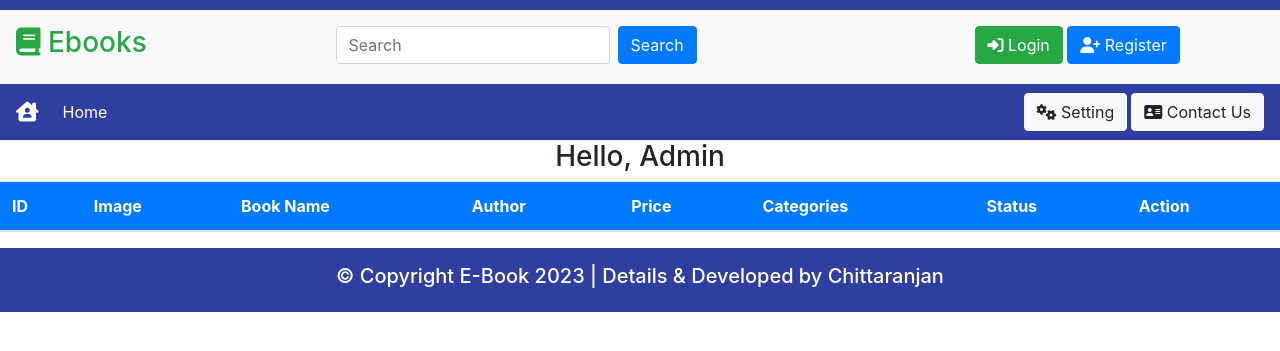
Repository: chittaranjan24/E-Books_Management_System
Page: http://localhost/Ebook-App/admin/all-books.jsp
An editor plug-in stored every save of this project. The page is shown before and after the next save, followed by the edit.
The browser window is 1280 px wide. The pictures show the whole page.
Some web libraries are served in a nearby version. The page is served by Tomcat 9. Other server files are loaded and not shown. Queries for data that is not in the repository find no rows.

Above is the page before, as saved 2023-08-27 22:30:49.

### Ebook-App/src/main/webapp/admin/all-books.jsp
<%@page import="com.entity.BookDtls"%>
<%@page import="java.util.List"%>
<%@page import="com.DB.DBConnect"%>
<%@page import="com.DAO.BookDAOImpl"%>
<%@ page language="java" contentType="text/html; charset=ISO-8859-1"
	pageEncoding="ISO-8859-1"%>

<%@ taglib prefix="c" uri="http://java.sun.com/jsp/jstl/core"%>
<%@page isELIgnored="false"%>

<!DOCTYPE html>
<html>
<head>
<meta charset="ISO-8859-1">
<title>Admin: All Books</title>
<%@include file="allCss.jsp"%>
</head>
<body>
	<%@include file="navbar.jsp"%>
	<h3 class="text-center">Hello, Admin</h3>

	<c:if test="${not empty succMsg }">
		<h5 class="text-center text-success">${succMsg}</h5>
		<c:remove var="succMsg" scope="session" />
	</c:if>

	<c:if test="${not empty failedMsg }">
		<p class="text-center text-danger">${failedMsg}</p>
		<c:remove var="failedMsg" scope="session" />
	</c:if>

	<table class="table table-striped">
		<thead class="bg-primary text-white">
			<tr>
				<th scope="col">ID</th>
				<th scope="col">Image</th>
				<th scope="col">Book Name</th>
				<th scope="col">Author</th>
				<th scope="col">Price</th>
				<th scope="col">Categories</th>
				<th scope="col">Status</th>
				<th scope="col">Action</th>
			</tr>
		</thead>
		<tbody>

			<%
			BookDAOImpl dao = new BookDAOImpl(DBConnect.getConn());
			List<BookDtls> list = dao.getAllBooks();
			for (BookDtls b : list) {
			%>
			<tr>
				<td><%=b.getBookId()%></td>
				<td><img src="../book/<%=b.getPhotoName()%>"
					style="width: 50px; height: 50px;"></td>
				<td><%=b.getBookName()%></td>
				<td><%=b.getAuthor()%></td>
				<td><%=b.getPrice()%></td>
				<td><%=b.getBookCategory()%></td>
				<td><%=b.getStatus()%></td>
				<td>
				<a href="edit_books.jsp?id=<%=b.getBookId()%>" class="btn btn-sm btn-primary"><i class="fa-solid fa-pen-to-square"></i> Edit</a>
				<a href="../delete?id=<%=b.getBookId() %>" class="btn btn-sm btn-danger"><i class="fa-solid fa-trash"></i> Delete</a>
				</td>
			</tr>
			<%
			}
			%>


		</tbody>
	</table>

	<%@include file="footer.jsp"%>
</body>
</html>

### Ebook-App/src/main/webapp/admin/allCss.jsp
<link rel="stylesheet"
	href="https://cdn.jsdelivr.net/npm/bootstrap@4.0.0/dist/css/bootstrap.min.css"
	integrity="sha384-Gn5384xqQ1aoWXA+058RXPxPg6fy4IWvTNh0E263XmFcJlSAwiGgFAW/dAiS6JXm"
	crossorigin="anonymous">


<script src="https://code.jquery.com/jquery-3.2.1.slim.min.js"
	integrity="sha384-KJ3o2DKtIkvYIK3UENzmM7KCkRr/rE9/Qpg6aAZGJwFDMVNA/GpGFF93hXpG5KkN"
	crossorigin="anonymous"></script>
<script
	src="https://cdn.jsdelivr.net/npm/popper.js@1.12.9/dist/umd/popper.min.js"
	integrity="sha384-ApNbgh9B+Y1QKtv3Rn7W3mgPxhU9K/ScQsAP7hUibX39j7fakFPskvXusvfa0b4Q"
	crossorigin="anonymous"></script>
<script
	src="https://cdn.jsdelivr.net/npm/bootstrap@4.0.0/dist/js/bootstrap.min.js"
	integrity="sha384-JZR6Spejh4U02d8jOt6vLEHfe/JQGiRRSQQxSfFWpi1MquVdAyjUar5+76PVCmYl"
	crossorigin="anonymous"></script>


<link rel="stylesheet"
	href="https://cdnjs.cloudflare.com/ajax/libs/font-awesome/6.4.2/css/all.min.css"
	integrity="sha512-z3gLpd7yknf1YoNbCzqRKc4qyor8gaKU1qmn+CShxbuBusANI9QpRohGBreCFkKxLhei6S9CQXFEbbKuqLg0DA=="
	crossorigin="anonymous" referrerpolicy="no-referrer" />


<link rel="stylesheet" href="style.css">

### Ebook-App/src/main/webapp/admin/navbar.jsp
<%@ taglib prefix="c" uri="http://java.sun.com/jsp/jstl/core"%>
<%@page isELIgnored="false"%>

<div class="container-fluid"
	style="height: 10px; background-color: #303f9f"></div>

<div class="container-fluid p-3 bg-light">
	<div class="row">
		<div class="col-md-3 text-success">
			<h3>
				<i class="fa-solid fa-book"></i> Ebooks
			</h3>
		</div>
		<div class="col-md-6">
			<form class="form-inline my-2 my-lg-0">
				<input class="form-control mr-sm-2" type="search"
					placeholder="Search" aria-label="Search">
				<button class="btn btn-primary my-2 my-sm-0" type="submit">Search</button>
			</form>
		</div>

		<div class="col-md-3">
			<a href="login.jsp" class="btn btn-success"><i
				class="fa-solid fa-right-to-bracket"></i> Login</a>

			<a href="register.jsp" class="btn btn-primary text-white"><i
				class="fa-solid fa-user-plus"></i> Register</a>
		</div>

	</div>
</div>


<nav class="navbar navbar-expand-lg navbar-dark bg-custom">
	<a class="navbar-brand" href="#"> <i
		class="fa-solid fa-house-chimney-user"></i>
	</a>
	<button class="navbar-toggler" type="button" data-toggle="collapse"
		data-target="#navbarSupportedContent"
		aria-controls="navbarSupportedContent" aria-expanded="false"
		aria-label="Toggle navigation">
		<span class="navbar-toggler-icon"></span>
	</button>

	<div class="collapse navbar-collapse" id="navbarSupportedContent">
		<ul class="navbar-nav mr-auto">
			<li class="nav-item active"><a class="nav-link" href="home.jsp">Home
					<span class="sr-only">(current)</span>
			</a></li>

		</ul>
		<form class="form-inline my-2 my-lg-0">

			<button class="btn btn-light my-2 my-sm-0" type="submit">
				<i class="fa-solid fa-gears"></i> Setting
			</button>
			<button class="btn btn-light my-2 my-sm-0 ml-1" type="submit">
				<i class="fa-solid fa-address-card"></i> Contact Us
			</button>

		</form>
	</div>
</nav>

### Ebook-App/src/main/webapp/admin/footer.jsp
<div class="container-fluid text-center text-white p-3 mt-2"
	style="background-color: #303f9f;">
	<h5>&copy; Copyright E-Book 2023 | Details &amp; Developed by Chittaranjan</h5>
</div>

### Ebook-App/src/main/java/com/DAO/BookDAO.java
package com.DAO;

import java.util.List;

import com.entity.BookDtls;

public interface BookDAO {

	public boolean addBooks(BookDtls b);

	public List<BookDtls> getAllBooks();

	public BookDtls getBookById(int id);

	public boolean updateEditBooks(BookDtls b);

	public boolean deleteBooks(int id);

}

### Ebook-App/src/main/java/com/DAO/BookDAOImpl.java
package com.DAO;

import java.sql.Connection;
import java.sql.PreparedStatement;
import java.sql.ResultSet;
import java.util.ArrayList;
import java.util.List;

import com.entity.BookDtls;

public class BookDAOImpl implements BookDAO {

	private Connection conn;

	public BookDAOImpl(Connection conn) {
		super();
		this.conn = conn;
	}

	@Override
	public boolean addBooks(BookDtls b) {
		boolean f = false;

		try {

			String sql = "insert into book_dtls(bookname,author,price,bookCategory,status,photo,email) values(?,?,?,?,?,?,?)";
			PreparedStatement ps = conn.prepareStatement(sql);

			ps.setString(1, b.getBookName());
			ps.setString(2, b.getAuthor());
			ps.setDouble(3, b.getPrice());
			ps.setString(4, b.getBookCategory());
			ps.setString(5, b.getStatus());
			ps.setString(6, b.getPhotoName());
			ps.setString(7, b.getEmail());

			int i = ps.executeUpdate();

			if (i == 1) {
				f = true;
			}

		} catch (Exception e) {
			e.printStackTrace();
		}

		return f;
	}

	@Override
	public List<BookDtls> getAllBooks() {

		List<BookDtls> list = new ArrayList<BookDtls>();
		BookDtls b = null;

		try {

			String sql = "select * from book_dtls";
			PreparedStatement ps = conn.prepareStatement(sql);

			ResultSet rs = ps.executeQuery();
			while (rs.next()) {
				b = new BookDtls();
				b.setBookId(rs.getInt(1));
				b.setBookName(rs.getString(2));
				b.setAuthor(rs.getString(3));
				b.setPrice(rs.getDouble(4));
				b.setBookCategory(rs.getString(5));
				b.setStatus(rs.getString(6));
				b.setPhotoName(rs.getString(7));
				b.setEmail(rs.getString(8));

				list.add(b);
			}

		} catch (Exception e) {
			e.printStackTrace();
		}

		return list;
	}

	@Override
	public BookDtls getBookById(int id) {

		BookDtls b = null;

		try {

			String sql = "select * from book_dtls where bookId=?";
			PreparedStatement ps = conn.prepareStatement(sql);
			ps.setInt(1, id);

			ResultSet rs = ps.executeQuery();
			while (rs.next()) {

				b = new BookDtls();
				b.setBookId(rs.getInt(1));
				b.setBookName(rs.getString(2));
				b.setAuthor(rs.getString(3));
				b.setPrice(rs.getDouble(4));
				b.setBookCategory(rs.getString(5));
				b.setStatus(rs.getString(6));
				b.setPhotoName(rs.getString(7));
				b.setEmail(rs.getString(8));

			}

		} catch (Exception e) {
			e.printStackTrace();
		}
		return b;
	}

	@Override
	public boolean updateEditBooks(BookDtls b) {
		boolean f=false;
		try {
			String sql="update book_dtls set bookname=?, author=?, price=?, status=? where bookId=?";
			PreparedStatement ps=conn.prepareStatement(sql);
			ps.setString(1, b.getBookName());
			ps.setString(2, b.getAuthor());
			ps.setDouble(3, b.getPrice());
			ps.setString(4, b.getStatus());
			ps.setInt(5, b.getBookId());

			int i = ps.executeUpdate();
			if (i==1)
			{
				f=true;
			}

		} catch (Exception e) {
			e.printStackTrace();
		}
		return f;
	}

	@Override
	public boolean deleteBooks(int id) {
		boolean f=false;

		try {

			String sql="delete from book_dtls where bookId=?";
			PreparedStatement ps=conn.prepareStatement(sql);
			ps.setInt(1, id);
			int i=ps.executeUpdate();
			if (i==1)
			{
				f=true;
			}

		} catch (Exception e) {
			e.printStackTrace();
		}

		return f;
	}



}

### Ebook-App/src/main/java/com/DB/DBConnect.java
package com.DB;

import java.sql.Connection;
import java.sql.DriverManager;

public class DBConnect {

	private static Connection conn;

	public static Connection getConn() {

		try {

			Class.forName("com.mysql.cj.jdbc.Driver");
			conn=DriverManager.getConnection("jdbc:mysql://localhost:3306/ebook-app","root","root");

		} catch (Exception e) {
			e.printStackTrace();
		}

		return conn;

	}
}

### Ebook-App/src/main/webapp/admin/style.css
.bg-custom{
	background-color: #303f9f;
}

.navbar .nav-item:hover .nav-link {
	background-color: white;
	color: #303f9f;
	border-radius: 15px;
}

After the next save:
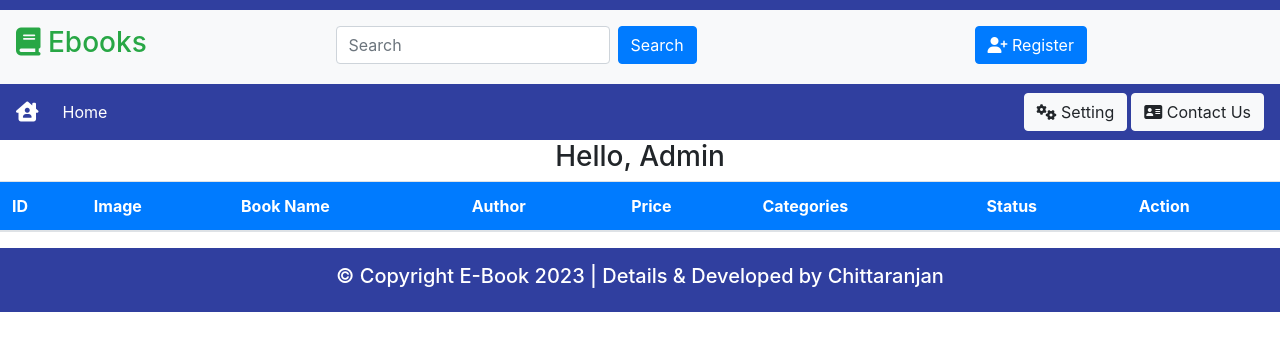
Saved 3 min 55 s later.
--- a/Ebook-App/src/main/webapp/admin/navbar.jsp
+++ b/Ebook-App/src/main/webapp/admin/navbar.jsp
@@ -20,8 +20,13 @@
 		</div>
 
 		<div class="col-md-3">
-			<a href="login.jsp" class="btn btn-success"><i
-				class="fa-solid fa-right-to-bracket"></i> Login</a>
+
+		<c:if test="${not empty userobj }">
+		<a href="login.jsp" class="btn btn-success"><i
+		class="fa-solid fa-right-to-bracket"></i> ${userobj.name}</a>
+		</c:if>
+
+
 
 			<a href="register.jsp" class="btn btn-primary text-white"><i
 				class="fa-solid fa-user-plus"></i> Register</a>

After the save that followed:
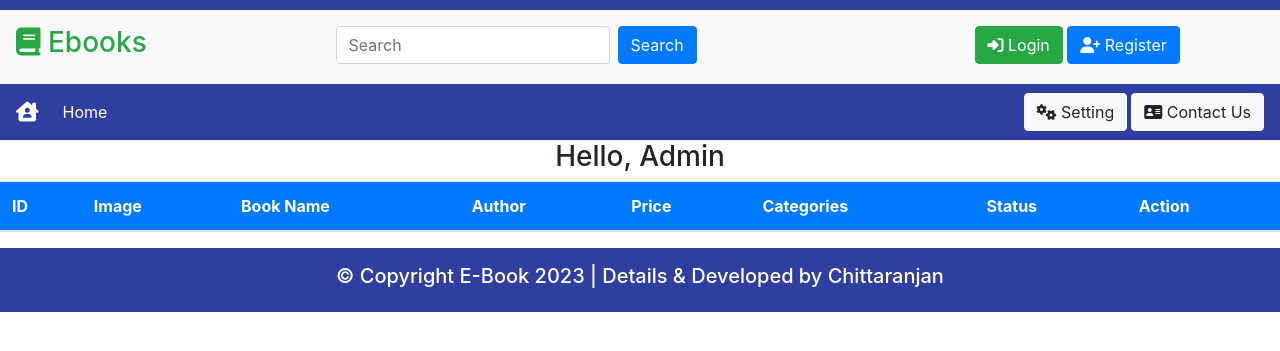
Saved 3 min 20 s later.
--- a/Ebook-App/src/main/webapp/admin/navbar.jsp
+++ b/Ebook-App/src/main/webapp/admin/navbar.jsp
@@ -25,11 +25,13 @@
 		<a href="login.jsp" class="btn btn-success"><i
 		class="fa-solid fa-right-to-bracket"></i> ${userobj.name}</a>
 		</c:if>
+		<c:if test="${empty userobj }">
+		<a href="login.jsp" class="btn btn-success"><i
+				class="fa-solid fa-right-to-bracket"></i> Login</a>
+		<a href="register.jsp" class="btn btn-primary text-white"><i
+				class="fa-solid fa-user-plus"></i> Register</a>
+		</c:if>
 
-
-
-			<a href="register.jsp" class="btn btn-primary text-white"><i
-				class="fa-solid fa-user-plus"></i> Register</a>
 		</div>
 
 	</div>
